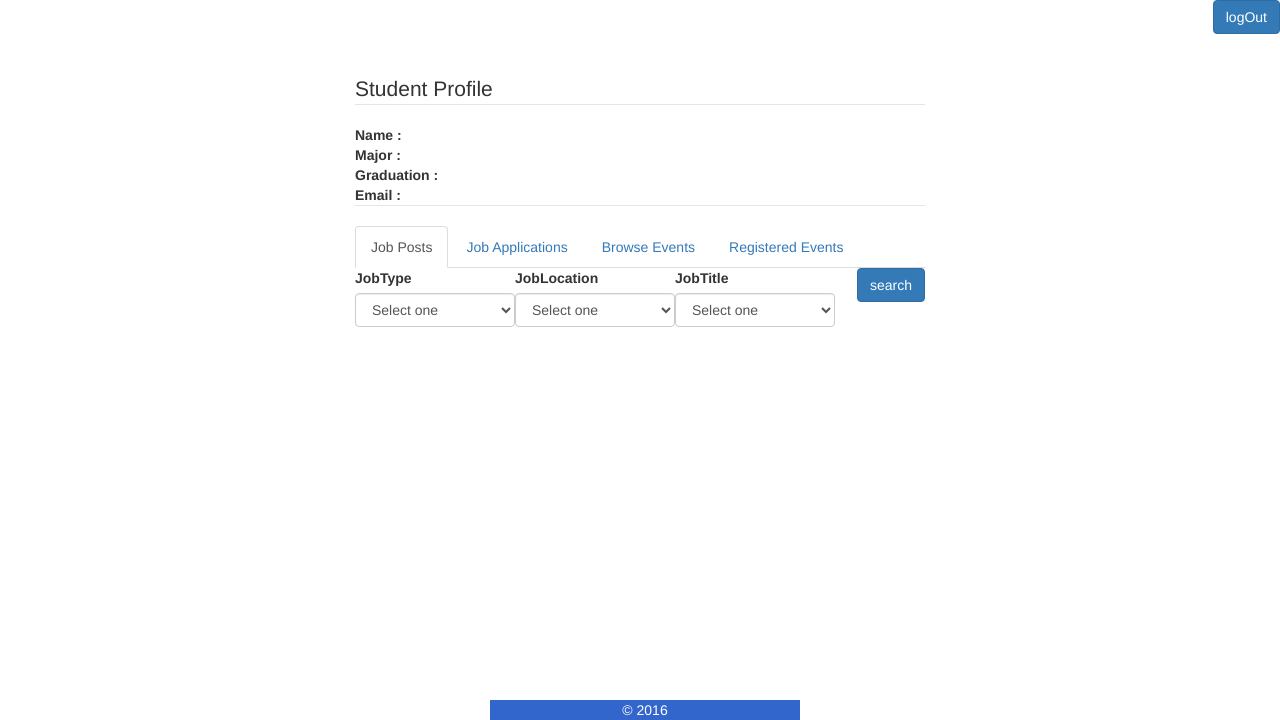
Repository: merlynfrank/AcademicProjects
Page: http://localhost/studenthome
These files come from the project's save history. The page is drawn as it stood at one moment and after the next save; the edit follows.
The browser window is 1280 px wide. The pictures show the whole page.
The page is this project's Thymeleaf template; nobody is signed in. The template is opened directly, without the code that normally fills it, so the values that code supplies are empty.

Above is the page before, as saved 2018-12-01 05:27:17.

After the next save:
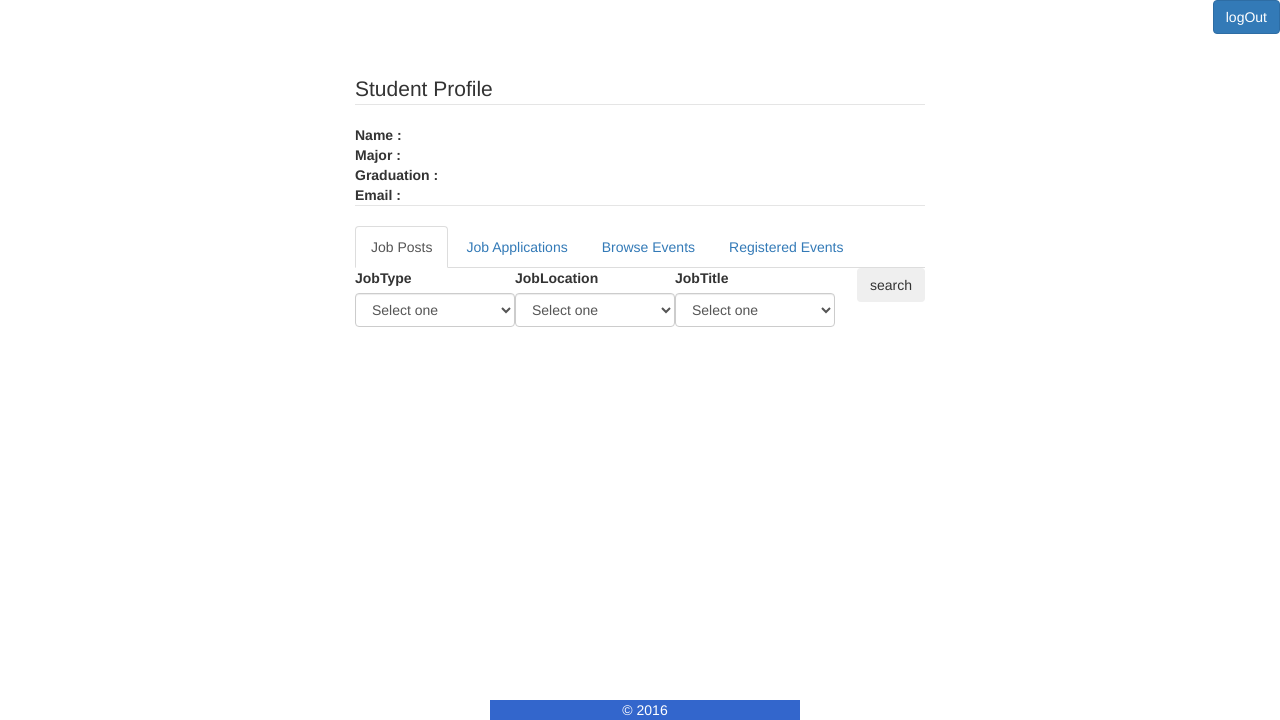
Saved 28 s later.
--- a/smith-is-internship/src/main/resources/templates/studenthome.html
+++ b/smith-is-internship/src/main/resources/templates/studenthome.html
@@ -133,7 +133,7 @@
 						</select>
 					</div>
 					<div align="right">
-						<button id="search" name="search" class="btn btn-primary">search</button>
+						<button id="search" name="search" class="btn">search</button>
 					</div>
 				</form>
 			</div>
